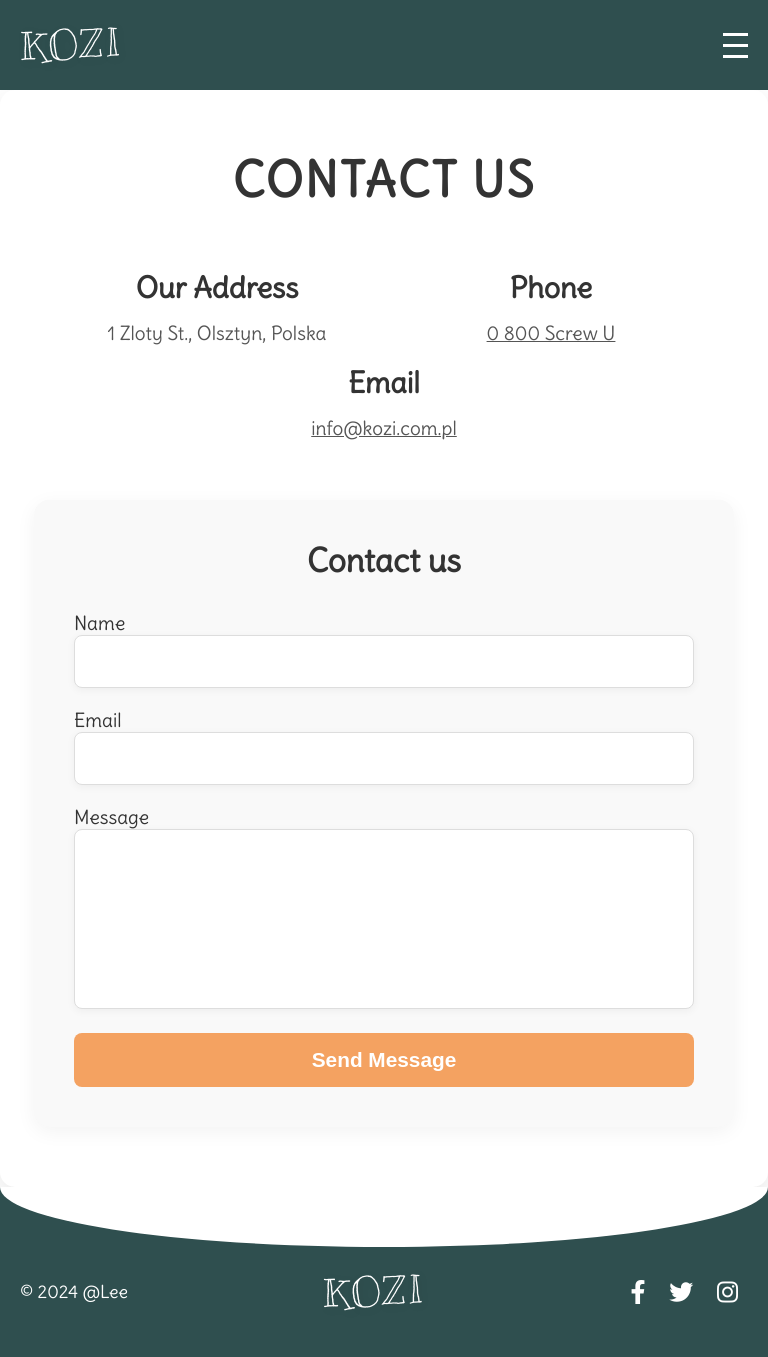
Repository: leerichie/kozi
Page: index.html
The author's editor kept a copy of each file at every save. The page is drawn from the files as they stood at one save, then again after the next save.
The browser window is 768 px wide. The pictures show the whole page.

Above is the page before, as saved 2024-10-24 20:00:48.

### index.html
<!DOCTYPE html>
<html lang="en">

<head>
    <meta charset="UTF-8">
    <meta name="viewport" content="width=device-width, initial-scale=1.0">
    <meta http-equiv="X-UA-Compatible" content="IE=edge">
    <link rel="stylesheet" href="css/styles.css">
    <link rel="stylesheet" href="https://cdnjs.cloudflare.com/ajax/libs/font-awesome/6.0.0-beta3/css/all.min.css">

    <title>Contact Form</title>
</head>

<body>
    <!-- Navbar -->
    <header class="navbar">
        <div class="logo">
            <!-- <a href="#"><img src="img/logo.png" alt="Logo"></a> -->
            <h1 class="logo-text">Kozi</h1>

        </div>
        <nav>
            <ul class="nav-links">
                <li><a href="#">I</a></li>
                <li><a href="#">Love</a></li>
                <li><a href="#">Jager</a></li>
                <li><a href="#">Days</a></li>
            </ul>
            <div class="hamburger">
                <span class="bar"></span>
                <span class="bar"></span>
                <span class="bar"></span>
            </div>
        </nav>
    </header>

    <!-- Sidebar (hidden by default) -->
    <div class="sidebar">
        <ul class="sidebar-links">
            <li><a href="#">I</a></li>
            <li><a href="#">Love</a></li>
            <li><a href="#">Guiness</a></li>
            <li><a href="#">Days</a></li>
            <li><a href="#">Toooo</a></li>

        </ul>
    </div>

    <!-- Contact Section -->
    <div class="container">
        <div class="contact-header">
            <h1>Contact Us</h1>
        </div>
        <div class="contact-info">
            <div class="address">
                <h2>Our Address</h2>
                <p>1 Zloty St., Olsztyn, Polska</p>
            </div>
            <div class="phone">
                <h2>Phone</h2>
                <p><a href="tel:+123456789">0 800 Screw U</a></p>
            </div>
            <div class="email">
                <h2>Email</h2>
                <p><a href="mailto:info@example.com">info@kozi.com.pl</a></p>
            </div>
        </div>

        <div class="form-container">
            <h2>Contact us</h2>
            <form action="#" method="POST" class="contact-form">
                <div class="form-group">
                    <label for="name">Name</label>
                    <input type="text" id="name" name="name" required>
                </div>
                <div class="form-group">
                    <label for="email">Email</label>
                    <input type="email" id="email" name="email" required>
                </div>
                <div class="form-group">
                    <label for="message">Message</label>
                    <textarea id="message" name="message" required></textarea>
                </div>
                <button type="submit" class="submit-btn">Send Message</button>
            </form>
        </div>
    </div>


    <!-- Footer -->
    <footer class="footer">
        <div class="footer-shape"></div>
        <div class="footer-container">

            <div class="footer-text">
                <p>&copy; 2024 @Lee</p>
            </div>
            <div class="footer-logo">
                <h1 class="logo-text">Kozi</h1>
            </div>
            <div class="footer-social">
                <a href="/" target="_blank"><i class="fab fa-facebook-f"></i></a>
                <a href="/" target="_blank"><i class="fab fa-twitter"></i></a>
                <a href="/" target="_blank"><i class="fab fa-instagram"></i></a>
            </div>
        </div>
    </footer>


    <script src="js/script.js"></script>
</body>

</html>

### css/styles.css
@font-face {
  font-family: "Delius";
  src: url("/fonts/Delius-Regular.ttf") format("truetype");
  font-weight: normal;
  font-style: normal;
}

@font-face {
  font-family: "Merriweather";
  src: url("/fonts/Kranky-Regular.ttf") format("truetype");
  font-weight: bold;
  font-style: normal;
}

@font-face {
  font-family: "Lora";
  src: url("/fonts/LeckerliOne-Regular.ttf") format("truetype");
  font-weight: normal;
  font-style: italic;
}

* {
  margin: 0;
  padding: 0;
  box-sizing: border-box;
}

body {
  font-family: "Delius", sans-serif;
  background-color: #fff;
  color: #333;
}

.logo {
  text-align: center;
}

.logo-text {
  font-family: "Merriweather", serif;
  font-size: 50px;
  letter-spacing: 10px;
  font-weight: bold;
  text-transform: uppercase;
  color: white;
  text-shadow: 2px 2px 10px rgba(0, 0, 0, 0.1);
  transform: rotate(-2deg);
}

/* Nav */
.navbar {
  display: flex;
  justify-content: space-between;
  align-items: center;
  padding: 20px;
  background-color: darkslategray;
  color: #fff;
  position: relative;
  z-index: 1000;
}

.navbar .logo img {
  width: 150px;
}

.navbar nav {
  display: flex;
  align-items: center;
}

.nav-links {
  display: flex;
  list-style: none;
}

.nav-links li {
  margin-left: 20px;
}

.nav-links a {
  text-decoration: none;
  color: #fff;
  font-size: 1.2rem;
  transition: color 0.3s ease;
}

.nav-links a:hover {
  color: #f4a261;
}

/* Hamburger animate - mob */
.hamburger {
  display: none;
  flex-direction: column;
  cursor: pointer;
  transition: all 0.3s ease;
  z-index: 1001;
}

.hamburger .bar {
  width: 25px;
  height: 3px;
  background-color: white;
  margin: 4px 0;
  transition: all 0.3s ease;
  z-index: 1001;
}

.hamburger.active .bar:nth-child(1) {
  transform: rotate(45deg) translate(0, 0);
  width: 20px;
}

.hamburger.active .bar:nth-child(2) {
  opacity: 0;
}

.hamburger.active .bar:nth-child(3) {
  transform: rotate(-45deg) translate(0, 0);
  width: 20px;
}

.hamburger.active .bar {
  height: 4px;
}

/* Sidebar */
.sidebar {
  position: fixed;
  top: 0;
  right: -250px;
  width: 250px;
  height: 100%;
  background-color: darkslategray;
  color: #fff;
  transition: 0.3s;
  padding-top: 60px;
  z-index: 999;
}

.sidebar.active {
  right: 0;
}

.sidebar-links {
  list-style: none;
  padding: 50px 0;
  text-align: center;
}

.sidebar-links li {
  margin: 20px 0;
}

.sidebar-links a {
  text-decoration: none;
  color: #fff;
  font-size: 1.5rem;
  transition: color 0.3s ease;
}

.sidebar-links a:hover {
  color: #f4a261;
}

/* Contact Section */
.container {
  max-width: 1200px;
  margin: 0 auto;
  padding: 60px 20px;
  background-color: #fff;
  border-radius: 15px;
  box-shadow: 0 10px 30px rgba(0, 0, 0, 0.1);
}

.contact-header h1 {
  text-align: center;
  font-size: 3rem;
  margin-bottom: 50px;
  color: #333;
  font-weight: 700;
  text-transform: uppercase;
  letter-spacing: 2px;
}

.contact-info {
  display: flex;
  justify-content: space-between;
  flex-wrap: wrap;
  margin-bottom: 50px;
  padding: 0 30px;
}

.contact-info div {
  flex: 1;
  min-width: 280px;
  margin: 10px;
  text-align: center;
}

.contact-info h2 {
  font-size: 1.8rem;
  margin-bottom: 15px;
  color: #333;
}

.contact-info p,
.contact-info a {
  font-size: 1.2rem;
  color: #555;
  transition: color 0.3s ease;
}

.contact-info a:hover {
  color: #f4a261;
  text-decoration: none;
}

/* Form Styling */
.form-container {
  max-width: 700px;
  margin: 0 auto;
  background-color: #f9f9f9;
  padding: 40px;
  border-radius: 15px;
  box-shadow: 0 5px 20px rgba(0, 0, 0, 0.05);
}

.form-container h2 {
  text-align: center;
  font-size: 2rem;
  margin-bottom: 30px;
  font-weight: 600;
  color: #333;
}

.contact-form {
  display: flex;
  flex-direction: column;
  gap: 20px;
}

.form-group label {
  font-size: 1.2rem;
  font-weight: 500;
  color: #333;
  margin-bottom: 5px;
}

.form-group input,
.form-group textarea {
  width: 100%;
  padding: 15px;
  border: 1px solid #ddd;
  border-radius: 8px;
  background-color: #fff;
  box-shadow: 0 2px 8px rgba(0, 0, 0, 0.05);
  transition: all 0.3s ease;
  font-size: 1.1rem;
}

.form-group input:focus,
.form-group textarea:focus {
  outline: none;
  border-color: #f4a261;
  box-shadow: 0 0 8px rgba(244, 162, 97, 0.3);
}

textarea {
  height: 180px;
  resize: none;
}

.submit-btn {
  padding: 15px 25px;
  background-color: #f4a261;
  color: white;
  border: none;
  border-radius: 8px;
  font-size: 1.3rem;
  font-weight: 600;
  cursor: pointer;
  transition: background-color 0.3s ease, box-shadow 0.3s ease;
}

.submit-btn:hover {
  background-color: #e97b31;
  box-shadow: 0 5px 15px rgba(233, 123, 49, 0.3);
}

.submit-btn:focus {
  outline: none;
  background-color: #d16016;
}

/* Footer Styling */
.footer {
  position: relative;
  background-color: darkslategray;
  color: white;
  text-align: center;
  padding: 80px 20px 40px;
  overflow: hidden;
}

.footer-shape {
  position: absolute;
  top: -60px;
  left: 0;
  width: 100%;
  height: 120px;
  background-color: #fff;
  border-radius: 0 0 100% 100%;
  z-index: 0;
}

.footer-container {
  position: relative;
  z-index: 1;
  display: flex;
  justify-content: space-between;
  align-items: center;
  max-width: 1200px;
  margin: 0 auto;
  flex-wrap: wrap;
}

.footer-logo img {
  width: 100px;
}

.footer-text p {
  font-size: 1.1rem;
  margin: 0;
}

.footer-social a {
  margin: 0 10px;
  color: white;
  font-size: 1.5rem;
  transition: color 0.3s ease;
}

.footer-social a:hover {
  color: #f4a261;
}

.footer-social img {
  width: 25px;
  filter: invert(100%);
}

/* Mob */
@media (max-width: 768px) {
  .hamburger {
    display: flex;
  }

  .nav-links {
    display: none;
  }

  .footer-container {
    flex-direction: row;
    justify-content: space-between;
  }

  .footer-logo {
    flex-grow: 1;
    text-align: center;
  }

  .footer-text {
    text-align: left;
  }

  .footer-social {
    text-align: right;
  }

  .logo-text {
    font-size: 40px;
    letter-spacing: 2px;
  }
}

### js/script.js
const hamburger = document.querySelector('.hamburger');
const sidebar = document.querySelector('.sidebar');

hamburger.addEventListener('click', () => {
    sidebar.classList.toggle('active');
    hamburger.classList.toggle('active');
});

window.addEventListener('scroll', () => {
    sidebar.classList.remove('active');
    hamburger.classList.remove('active');
});

After the next save:
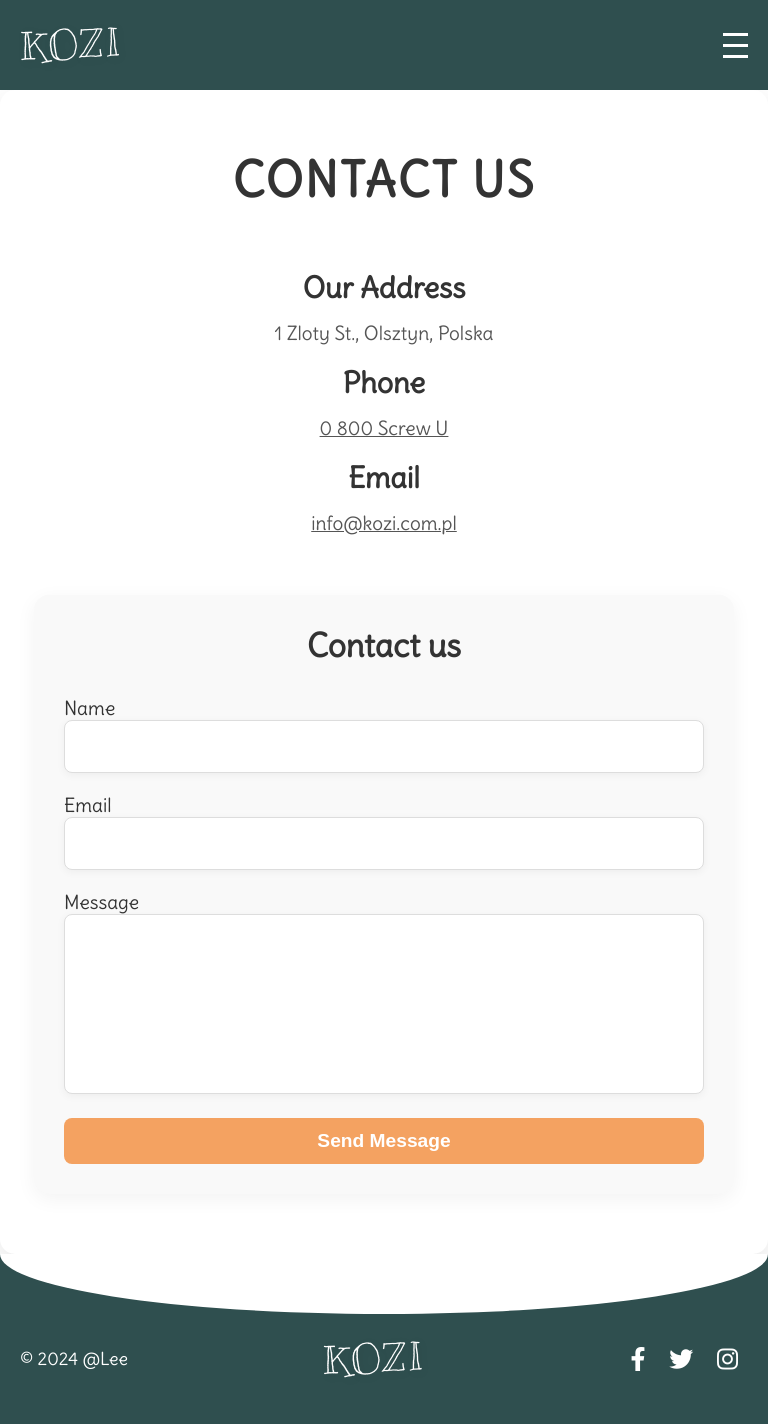
Saved 16 s later.
--- a/css/styles.css
+++ b/css/styles.css
@@ -351,6 +351,20 @@ textarea {
 
 /* Mob */
 @media (max-width: 768px) {
+  .contact-info {
+    flex-direction: column;
+    align-items: center;
+  }
+
+  .form-container {
+    padding: 30px;
+  }
+
+  .submit-btn {
+    font-size: 1.2rem;
+    padding: 12px 20px;
+  }
+
   .hamburger {
     display: flex;
   }
